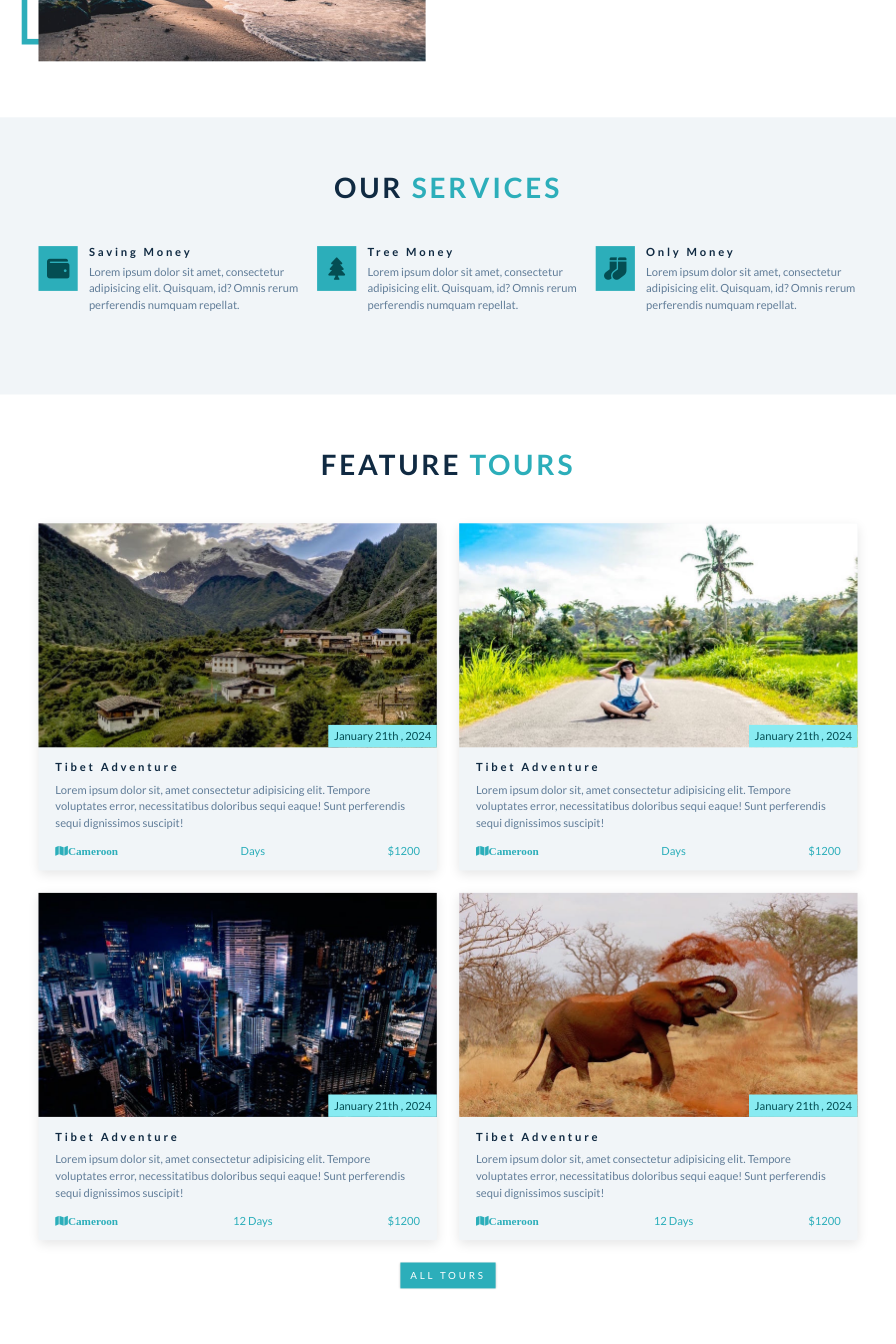
Repository: Ndifoinhilary/flexbox-project
Page: index.html
The author's editor kept a copy of each file at every save. The page is drawn from the files as they stood at one save, then again after the next save.
The browser window is 1280 px wide. The pictures show the part of the page from y = 1232 to 3152 px (the page is 3152 px tall before and 3134 px after), at 70% of full size.

Above is the page before, as saved 2024-01-21 20:06:49.

### index.html
<!DOCTYPE html>
<html lang="en">
  <head>
    <meta charset="UTF-8" />
    <meta name="viewport" content="width=device-width, initial-scale=1.0" />
    <meta http-equiv="X-UA-Compatible" content="ie=edge" />
    <title>Backroads || Tour Company</title>
    <!-- favicon -->
    <link rel="shortcut icon" href="./images/favicon.ico" type="image/x-icon" />
    <!-- font-awesome -->
    <link rel="stylesheet" href="fontawesome-free-5.9.0-web/css/all.min.css" />
    <!-- styles css -->
    <link rel="stylesheet" href="./css/main.css" />
  </head>
  <body>
    <header id="home">
      <!-- nav bar -->
      <!-- end of nav bar -->
  <!-- hero section  -->
  <div class="hero">
    <div class="hero-banner">
      <h1>continue exploring</h1>
      <p>Lorem ipsum dolor sit, amet consectetur adipisicing elit. Officiis, quam!</p>
      <a href="#featured" class="btn hero-btn scroll-link ">explore tours</a>
    </div>
  </div>
   <!-- end of hero section  -->
    </header>
    <!-- end of header -->
   <!-- section -->
    <section class="section" id="about">
      <!-- section title -->
      <div class="section-title">
        <h2>about <span>us</span></h2>
      </div>
            <!-- section title -->
        <div class="section-center about-center">
          <!-- about image wrapper -->
          <article class="about-img">
            <img src="./images/about.jpeg"  class="about-photo" alt="awesome">
          </article>
          <!-- about infor -->
          <artilce class="about-info">
            <h3>explore the difference</h3>
            <p>Lorem ipsum, dolor sit amet consectetur adipisicing elit. Et cum minima eaque illo consequuntur laudantium facere incidunt alias expedita accusamus!</p>
            <a href="#" class="btn">read more</a>
          </artilce>
        </div>
    </section>
    <!-- end of about  section -->


    <!-- service section start -->

    <section class="section services" id="servics">
      <div class="section-title">
        <h2>our <span>services</span></h2>
      </div>
      <div class="section-center services-center">
        <!-- single service -->
        <article class="service">
          <span class="service-icon">
            <i class="fas fa-wallet fa-fw"></i>
          </span>
          <div class="service-info">
            <h4 class="service-title" >saving money</h4>
            <p class="service-text"> Lorem ipsum dolor sit
              amet, consectetur adipisicing elit. Quisquam, id?
               Omnis rerum perferendis numquam repellat.</p>
          </div>
        </article>
        <article class="service">
          <span class="service-icon">
            <i class="fas fa-tree fa-fw"></i>
          </span>
          <div class="service-info">
            <h4 class="service-title" >tree money</h4>
            <p class="service-text"> Lorem ipsum dolor sit
              amet, consectetur adipisicing elit. Quisquam, id?
               Omnis rerum perferendis numquam repellat.</p>
          </div>
        </article>
         <article class="service">
          <span class="service-icon">
            <i class="fas fa-socks fa-fw"></i>
          </span>
          <div class="service-info">
            <h4 class="service-title" >only  money</h4>
            <p class="service-text"> Lorem ipsum dolor sit
              amet, consectetur adipisicing elit. Quisquam, id?
               Omnis rerum perferendis numquam repellat.</p>
          </div>
        </article>
      </div>
      </section>

<!-- feartueres tours -->

<section class="section" id="featured">
  <div class="section-title">
    <h2>feature <span>tours</span></h2>
  </div>
  <!-- featured center -->
 <div class="section-center featured-center">
  <article class="tour-card">
    <div class="tour-img-container">
      <img src="./images/tour-1.jpeg"    alt="tour around" class="tour-mg">
      <p class="tour-date">january 21th , 2024</p>
    </div>
    <div class="tour-info">
      <h4>tibet adventure</h4>
      <p>Lorem ipsum dolor sit, amet consectetur adipisicing elit. Tempore voluptates error, necessitatibus doloribus sequi eaque! Sunt
        perferendis sequi dignissimos suscipit!</p>

        <div class="tour-footer">
          <p><span><i class="fas fa-map" >Cameroon</i></span></p>
          <p>days</p>
          <p>$1200</p>
        </div>
    </div>
  </article>
  <article class="tour-card">
    <div class="tour-img-container">
      <img src="./images/tour-2.jpeg"    alt="tour around" class="tour-mg">
      <p class="tour-date">january 21th , 2024</p>
    </div>
    <div class="tour-info">
      <h4>tibet adventure</h4>
      <p>Lorem ipsum dolor sit, amet consectetur adipisicing elit. Tempore voluptates error, necessitatibus doloribus sequi eaque! Sunt
        perferendis sequi dignissimos suscipit!</p>

        <div class="tour-footer">
          <p><span><i class="fas fa-map" >Cameroon</i></span></p>
          <p>days</p>
          <p>$1200</p>
        </div>
    </div>
  </article>
    <article class="tour-card">
    <div class="tour-img-container">
      <img src="./images/tour-3.jpeg"    alt="tour around" class="tour-mg">
      <p class="tour-date">january 21th , 2024</p>
    </div>
    <div class="tour-info">
      <h4>tibet adventure</h4>
      <p>Lorem ipsum dolor sit, amet consectetur adipisicing elit. Tempore voluptates error, necessitatibus doloribus sequi eaque! Sunt
        perferendis sequi dignissimos suscipit!</p>

        <div class="tour-footer">
          <p><span><i class="fas fa-map" >Cameroon</i></span></p>
          <p>12 days</p>
          <p>$1200</p>
        </div>
    </div>
  </article>
  <article class="tour-card">
    <div class="tour-img-container">
      <img src="./images/tour-4.jpeg"    alt="tour around" class="tour-mg">
      <p class="tour-date">january 21th , 2024</p>
    </div>
    <div class="tour-info">
      <h4>tibet adventure</h4>
      <p>Lorem ipsum dolor sit, amet consectetur adipisicing elit. Tempore voluptates error, necessitatibus doloribus sequi eaque! Sunt
        perferendis sequi dignissimos suscipit!</p>

        <div class="tour-footer">
          <p><span><i class="fas fa-map" >Cameroon</i></span></p>
          <p>12 days</p>
          <p>$1200</p>
        </div>
    </div>
  </article>
 </div>
 <div class="tour-btn">
  <a href="#" class="btn"> all tours</a>
 </div>
</section>

<!-- end   feartueres tours -->



    <!-- end of service section start -->
  </body>
</html>

### css/main.css
/*
===============
Fonts
===============
*/
@import url("https://fonts.googleapis.com/css?family=Lato:400,700&display=swap");

/*
===============
Variables
===============
*/

:root {
  /* dark shades of primary color*/
  --clr-primary-1: hsl(184, 91%, 17%);
  --clr-primary-2: hsl(185, 84%, 25%);
  --clr-primary-3: hsl(185, 81%, 29%);
  --clr-primary-4: hsl(184, 77%, 34%);
  /* primary/main color */
  --clr-primary-5: hsl(185, 62%, 45%);
  /* lighter shades of primary color */
  --clr-primary-6: hsl(185, 57%, 50%);
  --clr-primary-7: hsl(184, 65%, 59%);
  --clr-primary-8: hsl(184, 80%, 74%);
  --clr-primary-9: hsl(185, 94%, 87%);
  --clr-primary-10: hsl(186, 100%, 94%);
  /* darkest grey - used for headings */
  --clr-grey-1: hsl(209, 61%, 16%);
  --clr-grey-2: hsl(211, 39%, 23%);
  --clr-grey-3: hsl(209, 34%, 30%);
  --clr-grey-4: hsl(209, 28%, 39%);
  /* grey used for paragraphs */
  --clr-grey-5: hsl(210, 22%, 49%);
  --clr-grey-6: hsl(209, 23%, 60%);
  --clr-grey-7: hsl(211, 27%, 70%);
  --clr-grey-8: hsl(210, 31%, 80%);
  --clr-grey-9: hsl(212, 33%, 89%);
  --clr-grey-10: hsl(210, 36%, 96%);
  --clr-white: #fff;
  --ff-primary: "Lato", sans-serif;
  --transition: all 0.3s linear;
  --spacing: 0.25rem;
  --radius: 0.5rem;
  --light-shadow: 0 5px 15px rgba(0, 0, 0, 0.1);
  --dark-shadow: 0 5px 15px rgba(0, 0, 0, 0.2);
}
/*
===============
Global Styles
===============
*/

* {
  margin: 0;
  padding: 0;
  box-sizing: border-box;
}
body {
  font-family: var(--ff-primary);
  background: var(--clr-white);
  color: var(--clr-grey-1);
  line-height: 1.5;
  font-size: 0.875rem;
}
a {
  text-decoration: none;
}
/* img:not(.nav-logo) {
  width: 100%;
  display: block;
} */
img {
  width: 100%;
  display: block;
}
h1,
h2,
h3,
h4 {
  letter-spacing: var(--spacing);
  text-transform: capitalize;
  line-height: 1.25;
  margin-bottom: 0.75rem;
}
h1 {
  font-size: 3rem;
}
h2 {
  font-size: 2rem;
}
h3 {
  font-size: 1.25rem;
}
h4 {
  font-size: 0.875rem;
}
p {
  margin-bottom: 1.25rem;
  color: var(--clr-grey-5);
}
@media screen and (min-width: 800px) {
  h1 {
    font-size: 4rem;
  }
  h2 {
    font-size: 2.5rem;
  }
  h3 {
    font-size: 1.75rem;
  }
  h4 {
    font-size: 1rem;
  }
  body {
    font-size: 1rem;
  }
  h1,
  h2,
  h3,
  h4 {
    line-height: 1;
  }
}
/*  global classes */

.btn {
  text-transform: uppercase;
  background: var(--clr-primary-5);
  color: var(--clr-white);
  padding: 0.375rem 0.75rem;
  letter-spacing: var(--spacing);
  display: inline-block;
  /* font-weight: 700; */
  transition: var(--transition);
  font-size: 0.875rem;
  border: 2px solid transparent;
  cursor: pointer;
  box-shadow: 0 1px 3px rgba(0, 0, 0, 0.2);
}
.btn:hover {
  color: var(--clr-primary-1);
  background: var(--clr-primary-8);
}
.section {
  padding: 5rem 0;
}
.section-title {
  text-align: center;
  margin-bottom: 4rem;
}
.section-title h2 {
  text-transform: uppercase;
}
.section-title span {
  color: var(--clr-primary-5);
}
.section-center {
  width: 90vw;
  margin: 0 auto;
  max-width: 1170px;
}
@media screen and (min-width: 992px) {
  .section-center {
    width: 95vw;
  }
}
/*
===============
Navbar
===============
*/

/*
===============
Hero
===============
*/
.hero {
  min-height: 100vh;
  background: var(--clr-primary-5);
  display: flex;
  justify-content: center;
  align-items: center;
}
.hero-banner {
  text-align: center;
  color: var(--clr-white);
  padding: 0 3rem;
}
.hero-banner h1 {
  text-transform: uppercase;
}
.hero-banner p {
  max-width: 35rem;
  margin-left: auto;
  margin-right: auto;
  color: var(--clr-white);
  letter-spacing: var(--spacing);
}
.hero-btn {
  padding: 0.9rem 1.6rem;
  font-size: 1.25rem;
  background: var(--clr-white);
  color: var(--clr-primary-5);
}
.hero-btn:hover {
  background: transparent;
  color: var(--clr-white);
  border-color: var(--clr-white);
}
@media screen and (min-width: 768px) {
  .hero {
    background: linear-gradient(rgb(44, 174, 186, 0.7), rgba(0, 0, 0, 0.7)),
      url("../images/main.jpeg") center/cover no-repeat;
  }
  .hero-banner {
    padding: 0;
  }
  .hero-banner p {
    max-width: 45rem;
  }
}
/*
===============
About
===============
*/
/* section add to globals */
/* title add to globals */
/* section center add to globals */
.about-img,
.about-info {
  margin-bottom: 2rem;
}
@media screen and (min-width: 992px) {
  .about-center {
    display: flex;
    justify-content: space-between;
    flex-wrap: wrap;
  }
  .about-img,
  .about-info {
    flex: 0 0 calc(50% - 2rem);
    margin-bottom: 0;
    align-self: center;
  }
}

@media screen and (min-width: 1170px) {
  .about-img::before{
    content: "";
    position: absolute;
    border: 0.5rem solid var(--clr-primary-5);
    box-sizing: border-box;
    height: 100%;
    width: 100%;
    top: -1.5rem;
    left: -1.5rem;

  }
  .about-img{
    position: relative;
  }
  .about-photo{
    position: relative ;
  }
}
/*
===============
Services
===============
*/
.services{
  background: var(--clr-grey-10);
}
.service{
  text-align: center;
  margin-bottom: 3rem;
}
.service-icon{
  background: var(--clr-primary-5);
  color: var(--clr-primary-1);
  padding: 0.5rem;
  display: inline-block;
  font-size: 2rem;
  margin-bottom: 1.5rem;
}

.service-text{
  max-width: 20rem;
  margin-left: auto;
  margin-right: auto;
}



@media screen  and (min-width:576px) {
  .section-center{
    display: flex;
    justify-content: space-between;
    flex-wrap: wrap;
  }
  .service{
    flex: 0 0 calc(50% - 1rem);
    margin-bottom: 1rem;
  }
}
@media screen  and (min-width:992px) {
.service{
    flex: 0 0 calc(33.333% - 1rem);
  }
}
@media screen  and (min-width:1170px) {
.service{
  display: flex;
  text-align: left;
  }
  .service-icon{
    align-self: start;
  }
  .service-info{
    padding-left: 1rem;
  }
  .service-title{
    margin-bottom: 0.5rem;
  }
}
/*
===============
Featured Tours
===============
*/


.tour-card{
  transition: var(--transition);
  background: var(--clr-grey-10);
  box-shadow: var(--light-shadow);
  margin-bottom: 2rem;
}

.tour-card:hover{
  box-shadow: var(--dark-shadow);
  transform: scale(1.02);
}
.tour-img-container{
  position: relative;
}
.tour-img{
  height: 15rem;
  object-fit: cover;
}
.tour-date{
  position: absolute;
  right: 0;
  bottom: 0;
  background: var(--clr-primary-8);
  margin-bottom: 0;
  color: var(--clr-primary-1);
  text-transform: capitalize;
  padding: 0.25rem 0.5rem;
}
.tour-info{
  padding: 1.25rem 1.5rem;
}
.tour-footer{
  display: flex;
  justify-content: space-between;
  flex-wrap: wrap;
  align-items: center;
}
.tour-footer p {
  line-height: 0;
  margin-bottom: 0;
  text-transform: capitalize;
  color: var(--clr-primary-5);
}
.tour-btn{
  text-align: center;
}


@media screen and (min-width:760px) {
  .featured-center{
    display: flex;
    flex-wrap: wrap;
    justify-content: space-between;
  }
  .tour-card{
    flex: 0 0 calc(50% - 1rem);
  }
}
/*
===============
Deals
===============
*/
/*
===============
Gallery
===============
*/

/*
===============
Footer
===============
*/

Loaded but not shown: fontawesome-free-5.9.0-web/css/all.min.css (library)

After the next save:
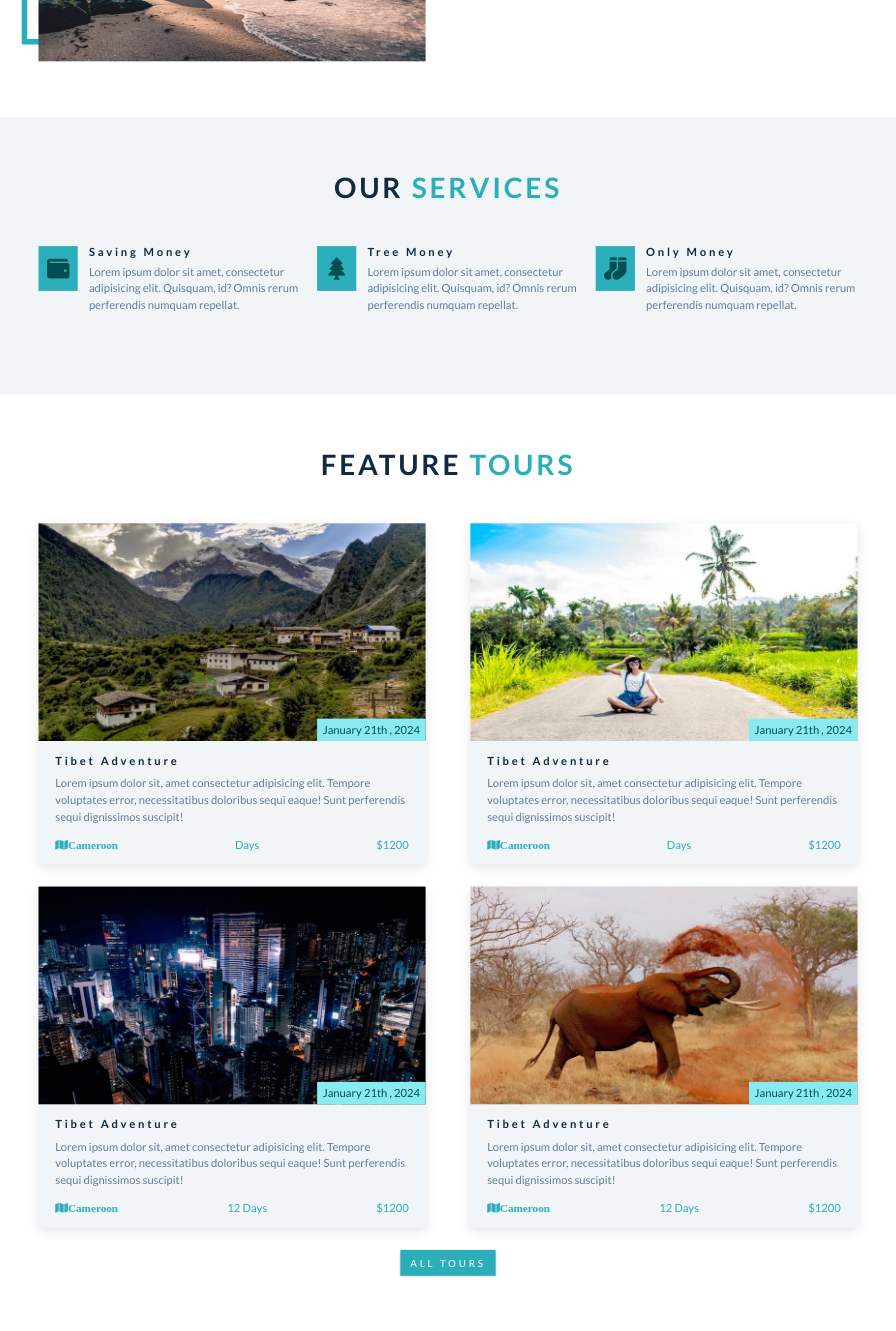
Saved 19 s later.
--- a/css/main.css
+++ b/css/main.css
@@ -388,7 +388,7 @@ Featured Tours
     justify-content: space-between;
   }
   .tour-card{
-    flex: 0 0 calc(50% - 1rem);
+    flex: 0 0 calc(50% - 2rem);
   }
 }
 /*
